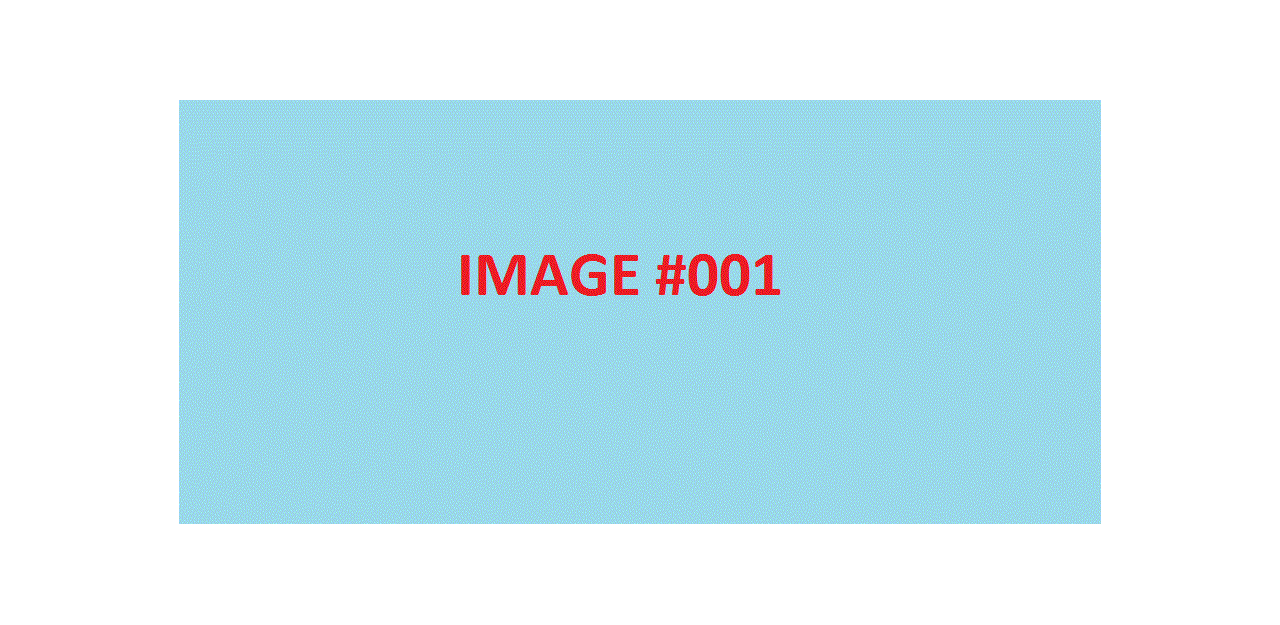
Repository: nema38/30DaysTrainning
Page: 30Days14/index.html
The author's editor kept a copy of each file at every save. The page is drawn from the files as they stood at one save, then again after the next save.
The browser window is 1280 px wide. The pictures show the whole page.
Some web libraries are served in a nearby version.

Above is the page before, as saved 2014-04-18 17:31:12.

### 30Days14/index.html
<!DOCTYPE html>
<html>

	<head>
		<meta charset=utf-8>
		<title>The Obligatory Slider</title>
		<link rel="stylesheet" href="slider.css">
		<style>
			body	{
				width: 922px;
				margin: 100px auto	0;
			}
			* {margin: 0; padding: 0; }
		</style>
	</head>

	<body>
		<div class="slider">
			<ul>
				<li><img src="img/image001.gif" alt="image" /></li>
				<li><img src="img/image002.gif" alt="image" /></li>
				<li><img src="img/image003.gif" alt="image" /></li>
				<li><img src="img/image004.gif" alt="image" /></li>
			</ul>
		</div>
		<div class="slider-nav">
			<button data-dir="prev">Previous</button>
			<button data-dir="next">Next</button>
		</div>

		<script src="http://ajax.googleapis.com/ajax/libs/jquery/1.11.0/jquery.min.js"></script>

		<script src="slider.js"></script>

	</body>

</html>

### 30Days14/slider.css

.slider-nav	{
	display: none;
	margin-top: 1em;
}

.slider-nav button {
	padding: 1em;
	margin-right: 1em;
	cursor: pointer;
}

.slider	{
	width: inherit;
	height: 424px;
	overflow: hidden;
}

.slider ul	{
	width: 10000px;
	list-style: none;
}

.slider li	{
	float: left;
}

### 30Days14/slider.js
/**
 * @author mchavez
 */

After the next save:
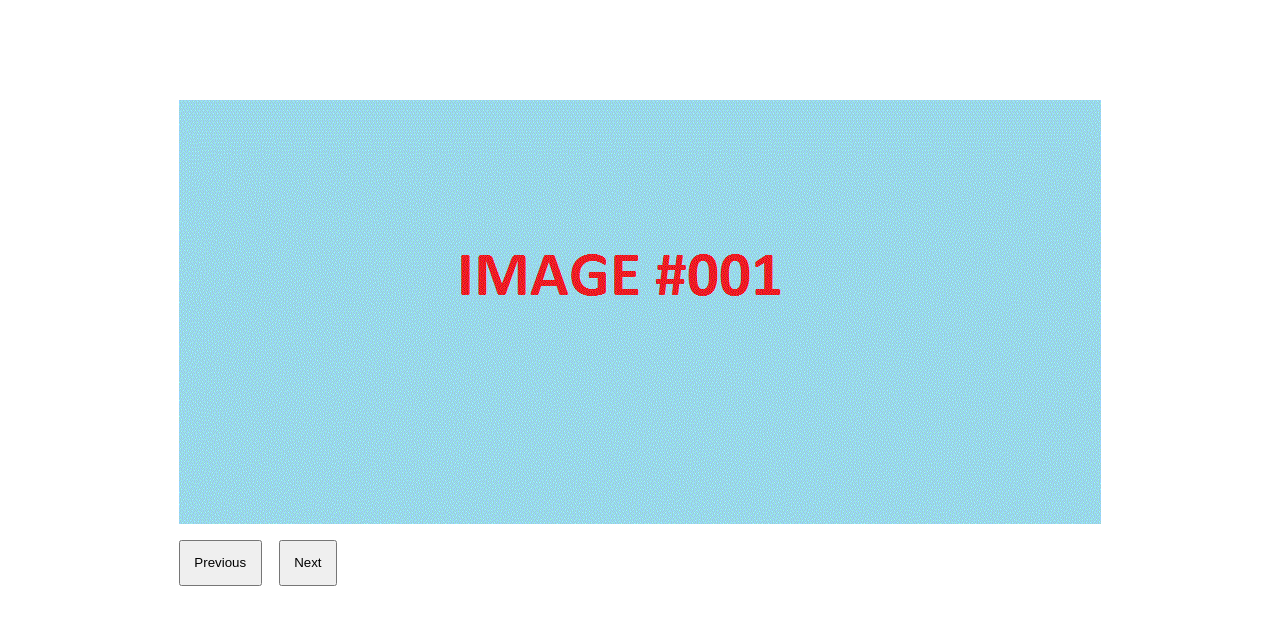
Saved 10 s later.
--- a/30Days14/slider.css
+++ b/30Days14/slider.css
@@ -1,6 +1,6 @@
 
 .slider-nav	{
-	display: none;
+//	display: none;
 	margin-top: 1em;
 }
 

After the 2 saves that followed:
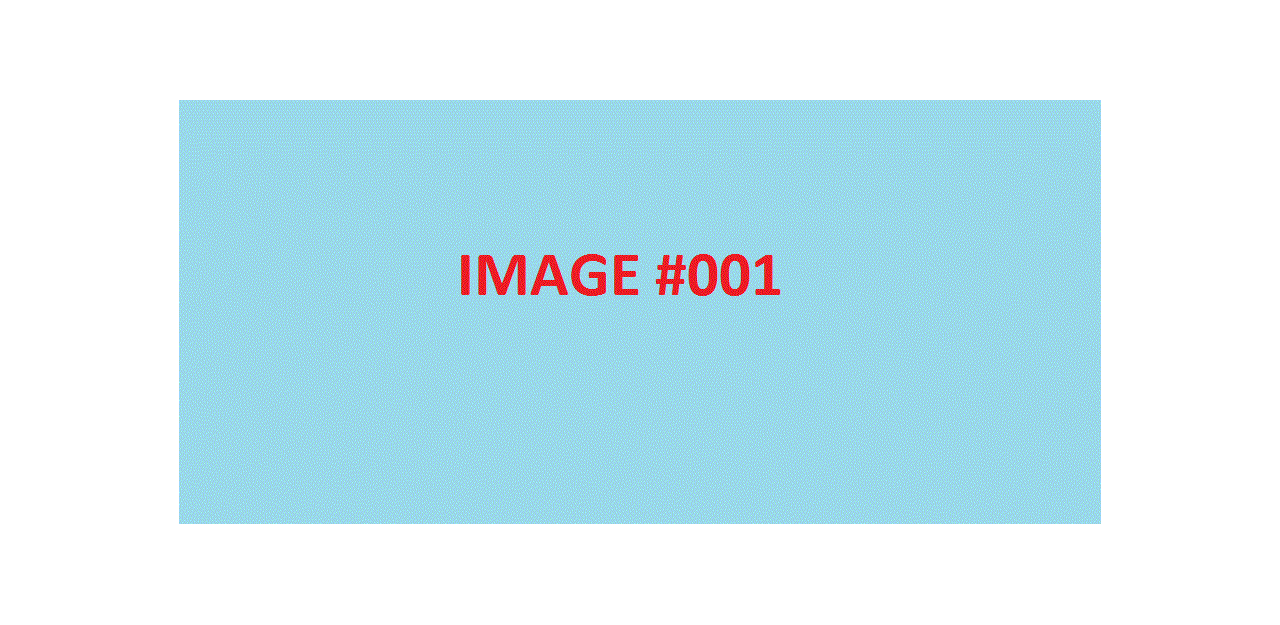
The 2 saves are shown as one change because 1 left the picture as it was.
The last was saved 42 s later.
--- a/30Days14/slider.css
+++ b/30Days14/slider.css
@@ -1,6 +1,6 @@
 
 .slider-nav	{
-//	display: none;
+	display: none;
 	margin-top: 1em;
 }
 
